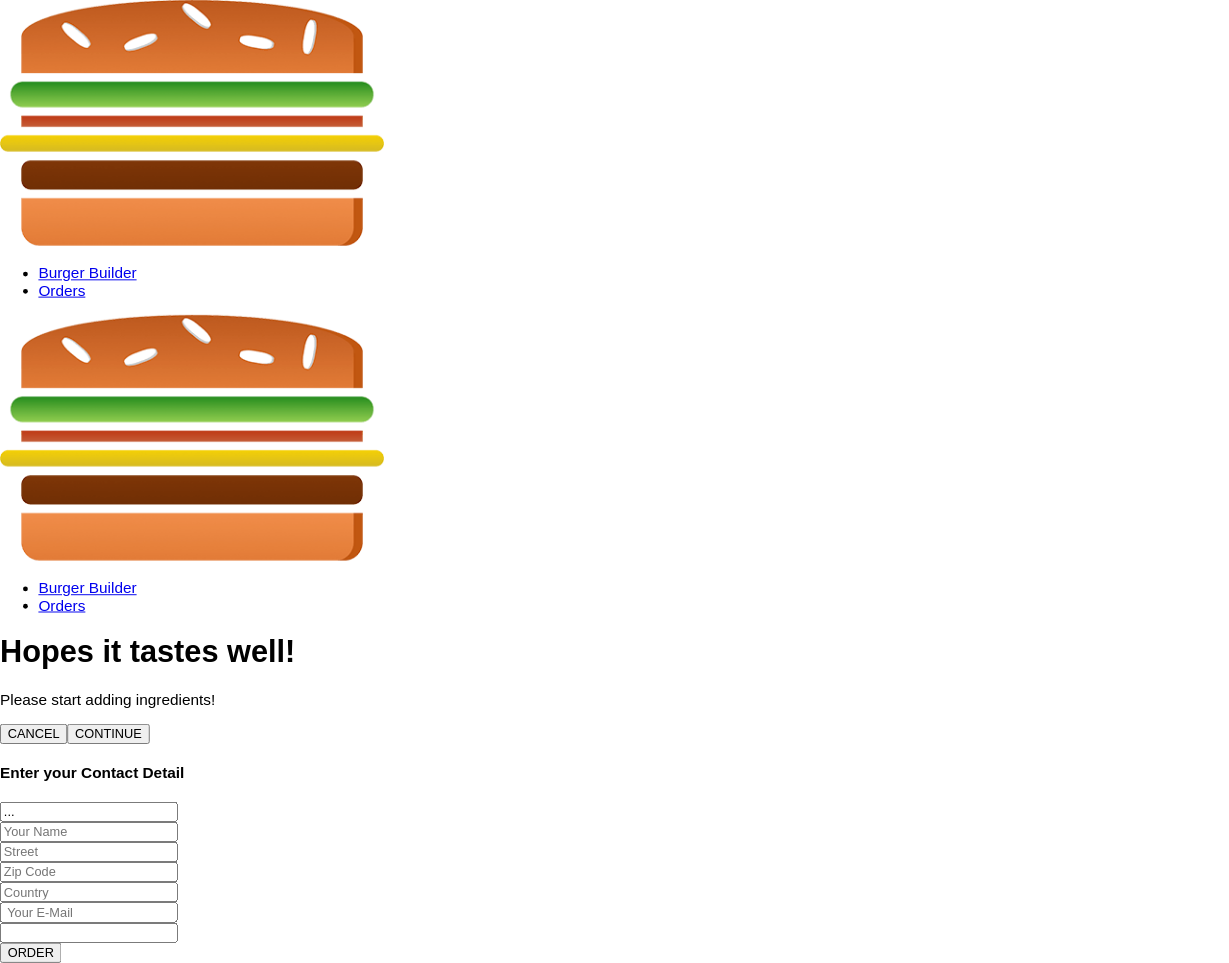
Repository: nidhi-abrol-sethi/react-burger-builder
Page: /checkout/contact-data
The author's editor kept a copy of each file at every save. The page is drawn from the files as they stood at one save, then again after the next save.
The browser window is 1280 px wide. The pictures show the whole page, at 96% of full size.
The project was rebuilt for these pictures with package versions that can differ from the ones it lists, and the page was loaded fresh each time. Also part of the build but not shown: src/hoc/Layout/Layout.css, src/components/Navigation/Toolbar/Toolbar.css, src/components/Logo/Logo.css, src/components/Navigation/NavigationItems/NavigationItems.css, src/components/Navigation/NavigationItem/NavigationItem.css, src/components/Navigation/SideDrawer/DrawerToggle/DrawerToggle.css, src/components/UI/Backdrop/Backdrop.css, src/components/Navigation/SideDrawer/SideDrawer.css and 20 more.

Above is the page before, as saved 2020-05-28 12:29:51.

### public/index.html
<!DOCTYPE html>
<html lang="en">

<head>
  <meta charset="utf-8">
  <meta name="viewport" content="width=device-width, initial-scale=1, shrink-to-fit=no">
  <meta name="theme-color" content="#000000">
  <!--
      manifest.json provides metadata used when your web app is added to the
      homescreen on Android. See https://developers.google.com/web/fundamentals/engage-and-retain/web-app-manifest/
    -->
  <link rel="manifest" href="%PUBLIC_URL%/manifest.json">
  <link rel="shortcut icon" href="%PUBLIC_URL%/favicon.ico">
  <!--
      Notice the use of %PUBLIC_URL% in the tags above.
      It will be replaced with the URL of the `public` folder during the build.
      Only files inside the `public` folder can be referenced from the HTML.

      Unlike "/favicon.ico" or "favicon.ico", "%PUBLIC_URL%/favicon.ico" will
      work correctly both with client-side routing and a non-root public URL.
      Learn how to configure a non-root public URL by running `npm run build`.
    -->
  <link href="https://fonts.googleapis.com/css2?family=Open+Sans:wght@400;700&display=swap" rel="stylesheet">
  <title>MyBurger</title>
</head>

<body>
  <noscript>
    You need to enable JavaScript to run this app.
  </noscript>
  <div id="root"></div>
  <!--
      This HTML file is a template.
      If you open it directly in the browser, you will see an empty page.

      You can add webfonts, meta tags, or analytics to this file.
      The build step will place the bundled scripts into the <body> tag.

      To begin the development, run `npm start` or `yarn start`.
      To create a production bundle, use `npm run build` or `yarn build`.
    -->
</body>

</html>

### src/index.js
import React from "react";
import ReactDOM from "react-dom";
import "./index.css";
import App from "./App";
import { BrowserRouter } from "react-router-dom";
import registerServiceWorker from "./registerServiceWorker";

const app = (
  <BrowserRouter>
    <App />
  </BrowserRouter>
);

ReactDOM.render(app, document.getElementById("root"));
registerServiceWorker();

### src/index.css
body {
  margin: 0;
  padding: 0;
  font-family: "Open-Sans", sans-serif;
}

### src/App.js
import React, { Component } from "react";
import { Route, Switch } from "react-router-dom";
import Layout from "./hoc/Layout/Layout";
import BurgerBuild from "./containers/BurgerBuild/BurgerBuild";
import Checkout from "./containers/Checkout/Checkout";
import Orders from "./containers/Orders/Orders";

class App extends Component {
  render() {
    return (
      <div>
        <Layout>
          <Switch>
            <Route path="/checkout" component={Checkout} />
            <Route path="/orders" component={Orders} />
            <Route path="/" exact component={BurgerBuild} />
          </Switch>
        </Layout>
      </div>
    );
  }
}

export default App;

### src/hoc/Layout/Layout.js
import React, { Component } from "react";

import Aux from "../Aux/Aux";
import classes from "./Layout.css";
import Toolbar from "../../components/Navigation/Toolbar/Toolbar";
import SideDrawer from "../../components/Navigation/SideDrawer/SideDrawer";

class Layout extends Component {
  state = {
    showSideDrawer: true
  };
  sideDrawerClosedHandler = () => {
    this.setState({ showSideDrawer: false });
  };
  sideDrawerToggleHandler = () => {
    this.setState(prevState => {
      return { showSideDrawer: !prevState.showSideDrawer };
    });
  };
  render() {
    return (
      <Aux>
        <Toolbar drawerToggleClicked={this.sideDrawerToggleHandler} />
        <SideDrawer
          open={this.state.showSideDrawer}
          closed={this.sideDrawerClosedHandler}
        />
        <main className={classes.Content}>{this.props.children}</main>
      </Aux>
    );
  }
}

export default Layout;

### src/containers/Checkout/Checkout.js
import React, { Component } from "react";
import { Route } from "react-router-dom";
import CheckoutSummary from "../../components/Order/CheckoutSummary/CheckoutSummary";
import ContactData from "../Checkout/ContactData/ContactData";

class Checkout extends Component {
  state = {
    ingredients: null,
    price: 0
  };

  componentWillMount() {
    const query = new URLSearchParams(this.props.location.search);
    const ingredients = {};
    let price = 0;
    for (let param of query.entries()) {
      if (param[0] === "price") {
        price = param[1];
      } else {
        //['salad','1']
        ingredients[param[0]] = +param[1];
      }
    }
    this.setState({ ingredients: ingredients, totalPrice: price });
  }
  checkoutCancelledHandler = () => {
    this.props.history.goBack();
  };
  checkoutContinuedHandler = () => {
    this.props.history.replace("/checkout/contact-data");
  };
  render() {
    return (
      <div>
        <CheckoutSummary
          ingredients={this.state.ingredients}
          checkoutCancelled={this.checkoutCancelledHandler}
          checkoutContinued={this.checkoutContinuedHandler}
        />
        <Route
          path={this.props.match.path + "/contact-data"}
          render={props => (
            <ContactData
              ingredients={this.state.ingredients}
              price={this.state.totalPrice}
              {...props}
            />
          )}
        />
      </div>
    );
  }
}

export default Checkout;

### src/components/Navigation/Toolbar/Toolbar.js
import React from "react";

import classes from "./Toolbar.css";
import Logo from "../../Logo/Logo";
import NavigationItems from "../NavigationItems/NavigationItems";
import DrawerToggle from "../SideDrawer/DrawerToggle/DrawerToggle";

const toolbar = props => (
  <header className={classes.Toolbar}>
    <DrawerToggle clicked={props.drawerToggleClicked} />
    <div className={classes.Logo}>
      <Logo />
    </div>

    <nav className={classes.DesktopOnly}>
      <NavigationItems />
    </nav>
  </header>
);

export default toolbar;

### src/components/Navigation/SideDrawer/SideDrawer.js
import React from "react";
import Logo from "../../Logo/Logo";
import NavigationItems from "../NavigationItems/NavigationItems";
import Backdrop from "../../UI/Backdrop/Backdrop";
import Aux from "../../../hoc/Aux/Aux";
import classes from "./SideDrawer.css";

const sideDrawer = props => {
  let attachedClasses = [classes.SideDrawer, classes.Close];
  if (props.open) {
    attachedClasses = [classes.SideDrawer, classes.Open];
  }
  return (
    <Aux>
      <Backdrop show={props.open} clicked={props.closed} />
      <div className={attachedClasses.join(" ")}>
        <div className={classes.Logo}>
          <Logo />
        </div>

        <nav>
          <NavigationItems />
        </nav>
      </div>
    </Aux>
  );
};

export default sideDrawer;

### src/components/Burger/Burger.js
import React from "react";

import classes from "./Burger.css";
import BurgerIngredient from "./BurgerIngredient/BurgerIngredient";

const burger = props => {
  let transformedIngredients = Object.keys(props.ingredients)
    .map(igKey => {
      return [...Array(props.ingredients[igKey])].map((_, i) => {
        return <BurgerIngredient key={igKey + i} type={igKey} />;
      });
    })
    //console.log(transformedIngredients);
    .reduce((arr, el) => {
      return arr.concat(el);
    }, []);
  if (transformedIngredients.length === 0) {
    transformedIngredients = <p>Please start adding ingredients!</p>;
  }
  return (
    <div className={classes.Burger}>
      <BurgerIngredient type="bread-top" />
      {transformedIngredients}
      <BurgerIngredient type="bread-bottom" />
    </div>
  );
};

export default burger;

### src/axios-orders.js
import axios from "axios";

const instance = axios.create({
  baseURL: "https://react-my-burger-e3b7c.firebaseio.com/"
});

export default instance;

### src/components/Order/CheckoutSummary/CheckoutSummary.js
import React from "react";
import Burger from "../../Burger/Burger";
import Button from "../../UI/Button/Button";
import classes from "./CheckoutSummary.css";

const checkoutSummary = props => {
  return (
    <div className={classes.CheckoutSummary}>
      <h1>Hopes it tastes well!</h1>
      <div style={{ width: "100%", margin: "auto" }}>
        <Burger ingredients={props.ingredients} />
      </div>
      <Button btnType="Danger" clicked={props.checkoutCancelled}>
        CANCEL
      </Button>
      <Button btnType="Success" clicked={props.checkoutContinued}>
        CONTINUE
      </Button>
    </div>
  );
};

export default checkoutSummary;

### src/containers/Checkout/ContactData/ContactData.js
import React, { Component } from "react";

import Button from "../../../components/UI/Button/Button";
import Spinner from "../../../components/UI/Spinner/Spinner";
import classes from "./ContactData.css";
import axios from "../../../axios-orders";
import Input from "../../../components/UI/Input/Input";

class ContactData extends Component {
  state = {
    orderForm: {
      name: {
        elementType: "input",
        elementConfig: {
          type: "text",
          placeholder: "Your Name"
        },
        value: ""
      },

      street: {
        elementType: "input",
        elementConfig: {
          type: "text",
          placeholder: "Street"
        },
        value: ""
      },
      zipcode: {
        elementType: "input",
        elementConfig: {
          type: "text",
          placeholder: "Zip Code"
        },
        value: ""
      },
      country: {
        elementType: "input",
        elementConfig: {
          type: "text",
          placeholder: "Country"
        },
        value: ""
      },

      email: {
        elementType: "input",
        elementConfig: {
          type: "email",
          placeholder: " Your E-Mail"
        },
        value: ""
      },

      deliveryMethod: {
        elementType: "select",
        elementConfig: {
          options: [
            { value: "fastest", displayValue: "Fastest" },
            { value: "cheapest", displayValue: "Cheapest" }
          ]
        },
        value: ""
      }
    },

    loading: false
  };
  orderHandler = event => {
    event.preventDefault();
    //console.log(this.props.ingredients);
    this.setState({ loading: true });
    const order = {
      ingredients: this.props.ingredients,
      price: this.props.price
    };

    axios
      .post("/orders.json", order)
      .then(response => {
        this.setState({ loading: false });
        this.props.history.push("/");
      })

      .catch(error => {
        this.setState({ loading: false });
      });
  };
  render() {
    const formElementArray = [];
    for (let key in this.state.orderForm) {
      formElementArray.push({
        id: key,
        config: this.state.orderForm[key]
      });
    }
    let form = (
      <form>
        <Input elementType="..." elementConfig="..." value="..." />
        {formElementArray.map(formElement => (
          <Input
            key={formElement.id}
            elementType={formElement.config.elementType}
            elementConfig={formElement.config.elementConfig}
            value={formElement.config.value}
          />
        ))}

        <Button inputType="input" btnType="Success" clicked={this.orderHandler}>
          ORDER
        </Button>
      </form>
    );
    if (this.state.loading) {
      form = <Spinner />;
    }
    return (
      <div className={classes.ContactData}>
        <h4>Enter your Contact Detail</h4>
        {form}
      </div>
    );
  }
}

export default ContactData;

### src/components/Logo/Logo.js
import React from "react";

import burgerLogo from "../../assets/images/burger-logo.png";
import classes from "./Logo.css";
const logo = props => (
  <div className={classes.Logo}>
    <img src={burgerLogo} alt="MyBurger" />
  </div>
);

export default logo;

### src/components/Navigation/NavigationItems/NavigationItems.js
import React from "react";

import classes from "./NavigationItems.css";
import NavigationItem from "../NavigationItem/NavigationItem";

const navigationItems = props => (
  <ul className={classes.NavigationItems}>
    <NavigationItem link="/" exact>
      Burger Builder
    </NavigationItem>
    <NavigationItem link="/orders">Orders</NavigationItem>
  </ul>
);
export default navigationItems;

### src/components/Navigation/SideDrawer/DrawerToggle/DrawerToggle.js
import React from "react";

import classes from "./DrawerToggle.css";

const drawerToggle = props => (
  <div className={classes.DrawerToggle} onClick={props.clicked}>
    <div></div>
    <div></div>
    <div></div>
  </div>
);
export default drawerToggle;

### src/components/UI/Backdrop/Backdrop.js
import React from "react";

import classes from "./Backdrop.css";

const backdrop = props =>
  props.show ? (
    <div className={classes.Backdrop} onClick={props.clicked}></div>
  ) : null;

export default backdrop;

### src/components/Burger/BurgerIngredient/BurgerIngredient.js
import React, { Component } from "react";
import PropTypes from "prop-types";

import classes from "./BurgerIngredient.css";

class BurgerIngredient extends Component {
  render() {
    let ingredient = null;

    switch (this.props.type) {
      case "bread-bottom":
        ingredient = <div className={classes.BreadBottom}></div>;
        break;
      case "bread-top":
        ingredient = (
          <div className={classes.BreadTop}>
            <div className={classes.Seeds1}></div>
            <div className={classes.Seeds2}></div>
          </div>
        );
        break;
      case "meat":
        ingredient = <div className={classes.Meat}></div>;
        break;
      case "cheese":
        ingredient = <div className={classes.Cheese}></div>;
        break;
      case "salad":
        ingredient = <div className={classes.Salad}></div>;
        break;
      case "bacon":
        ingredient = <div className={classes.Bacon}></div>;
        break;
      default:
        ingredient = null;
    }
    return ingredient;
  }
}

BurgerIngredient.propTypes = {
  type: PropTypes.string.isRequired
};

export default BurgerIngredient;

### src/components/UI/Button/Button.js
import React from "react";

import classes from "./Button.css";
const button = props => (
  <button
    className={[classes.Button, classes[props.btnType]].join(" ")}
    onClick={props.clicked}
  >
    {props.children}
  </button>
);

export default button;

### src/components/UI/Input/Input.js
import React from "react";
import classes from "./Input.css";

const input = props => {
  let inputElement = null;

  switch (props.elementType) {
    case "input":
      inputElement = (
        <input
          className={classes.InputElement}
          {...props.elementConfig}
          value={props.value}
        />
      );
      break;
    case "textarea":
      inputElement = (
        <textarea
          className={classes.InputElement}
          {...props.elementConfig}
          value={props.value}
        />
      );
      break;
    default:
      inputElement = (
        <input
          className={classes.InputElement}
          {...props.elementConfig}
          value={props.value}
        />
      );
  }

  return (
    <div className={classes.Input}>
      <label className={classes.Label}>{props.label}</label>
      {inputElement}
    </div>
  );
};

export default input;

### src/components/Navigation/NavigationItem/NavigationItem.js
import React from "react";

import { NavLink } from "react-router-dom";
import classes from "./NavigationItem.css";

const navigationItem = props => (
  <li className={classes.NavigationItem}>
    <NavLink
      to={props.link}
      exact={props.exact}
      activeClassName={classes.active}
    >
      {props.children}
    </NavLink>
  </li>
);

export default navigationItem;

Loaded but not shown: src/registerServiceWorker.js (common file); src/hoc/Aux/Aux.js (common file)

After the next save:
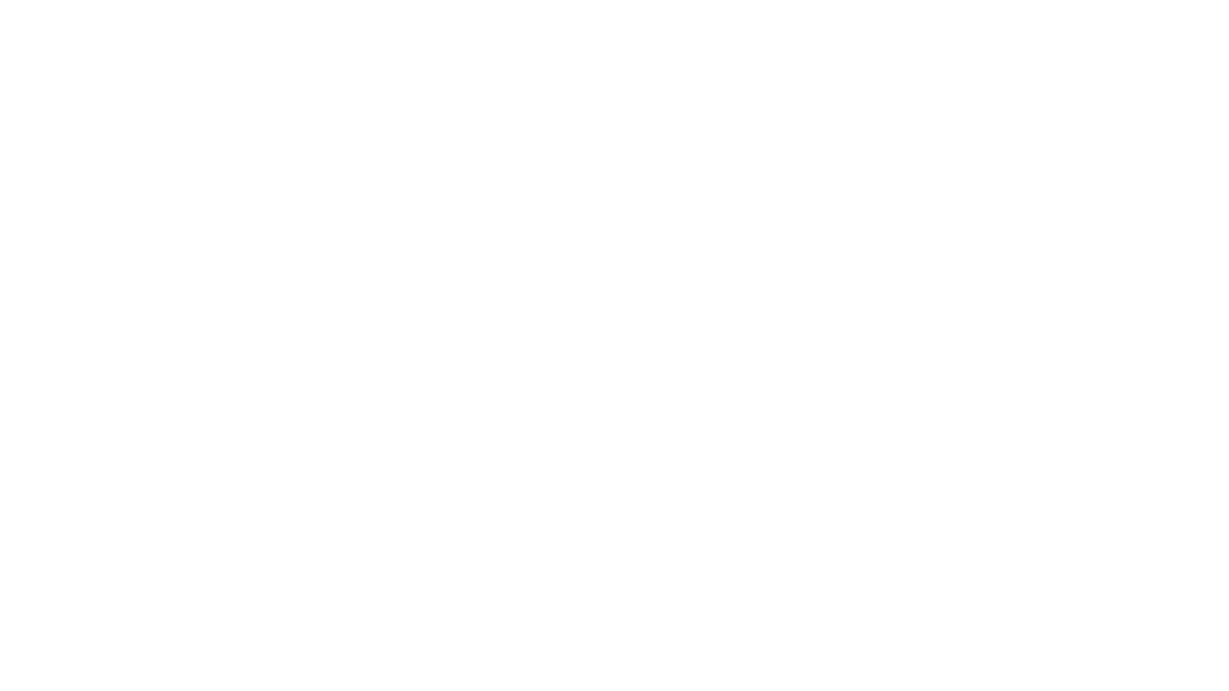
Console error: TypeError: props.elementConfig is not iterable
Saved 23 min 58 s later.
--- a/src/components/UI/Input/Input.js
+++ b/src/components/UI/Input/Input.js
@@ -22,6 +22,21 @@
           value={props.value}
         />
       );
+    case "select":
+      inputElement = (
+        <select>
+          className={classes.InputElement}
+          {...props.elementConfig}
+          value={props.value}
+          {props.elementConfig.options.map(option => (
+            <option
+              key={option.value}
+              value={option.value}
+              displayValue={option.displayValue}
+            ></option>
+          ))}
+        </select>
+      );
       break;
     default:
       inputElement = (

After the save that followed:
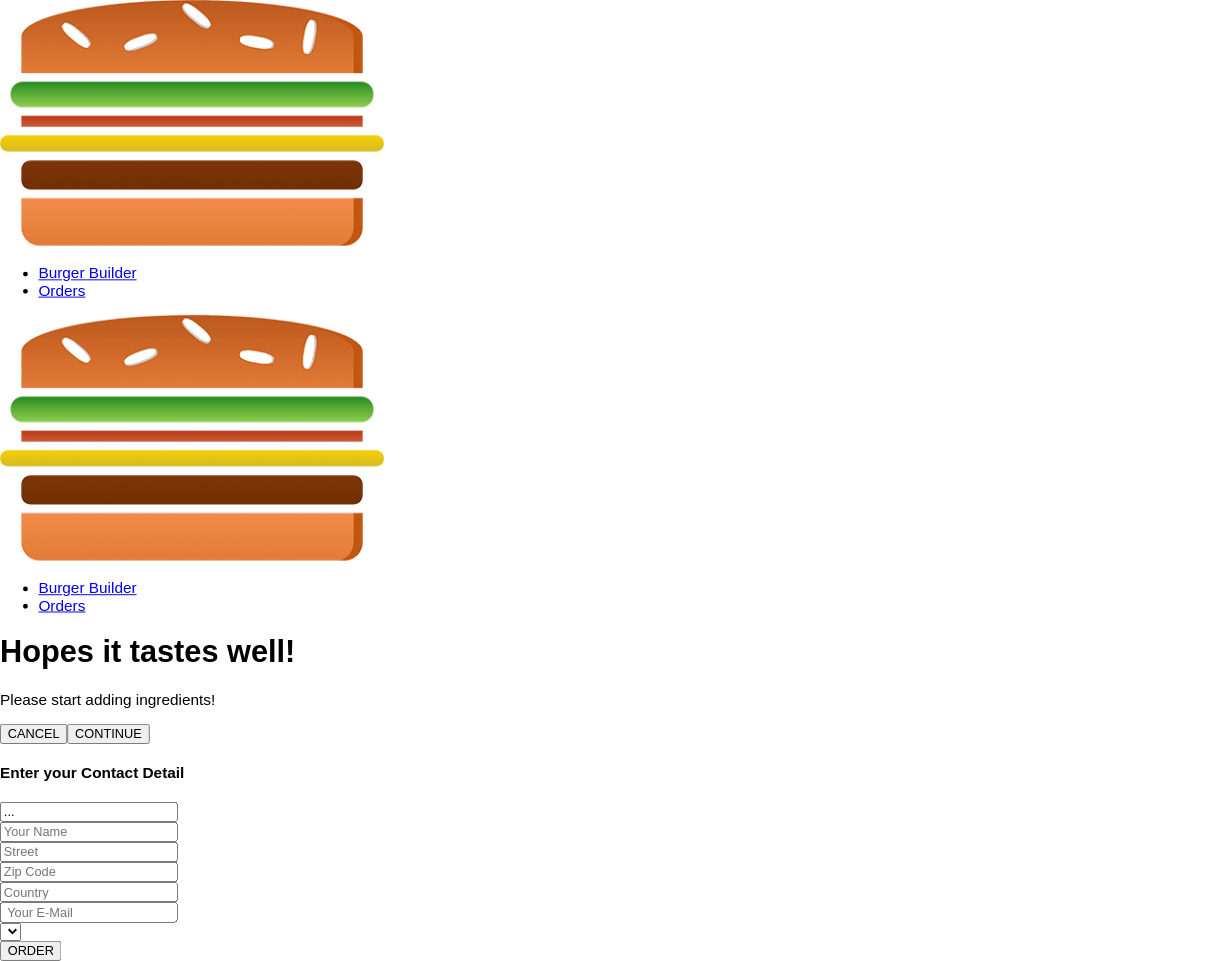
The error is gone.
Saved 108 s later.
--- a/src/components/UI/Input/Input.js
+++ b/src/components/UI/Input/Input.js
@@ -26,7 +26,6 @@
       inputElement = (
         <select>
           className={classes.InputElement}
-          {...props.elementConfig}
           value={props.value}
           {props.elementConfig.options.map(option => (
             <option
